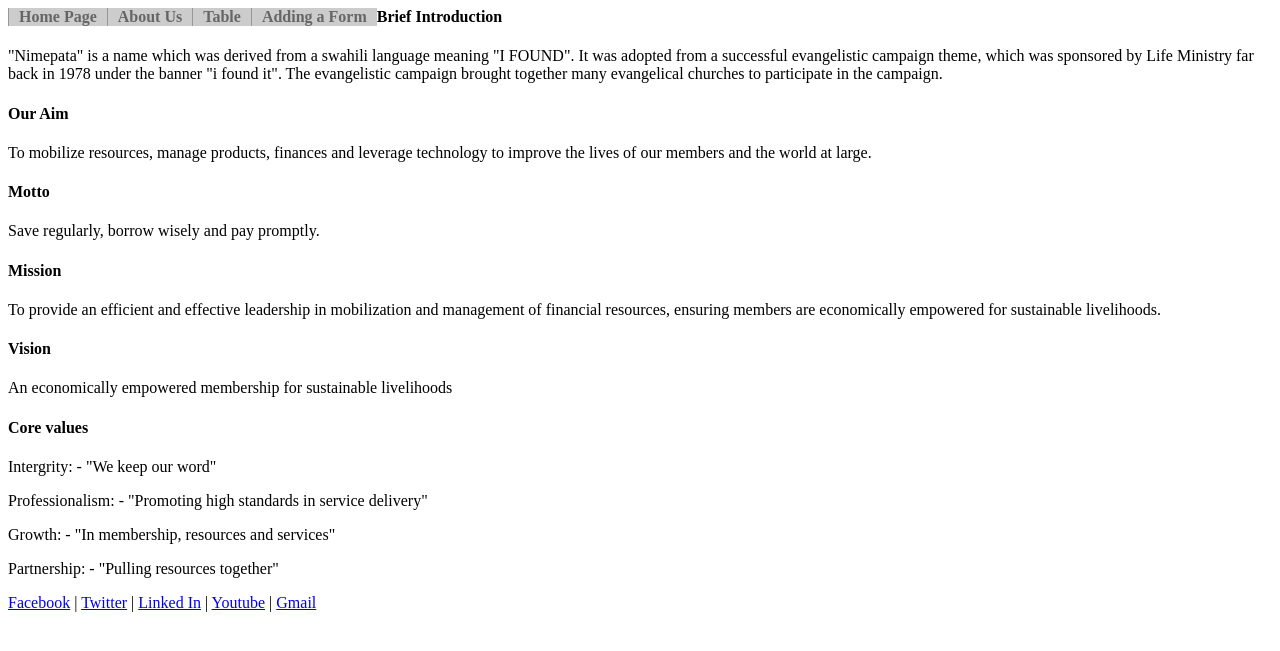
Repository: nellyk/Thephpsite
Page: http://localhost/
The author's editor kept a record of every edit. The page is drawn from the files as they stood at one moment, then again after the next edit.
The browser window is 1280 px wide. The pictures show the whole page.
The page is run by PHP 8.4 with error messages shown; the project is at /var/www/html/.

Above is the page before.

After the next edit:
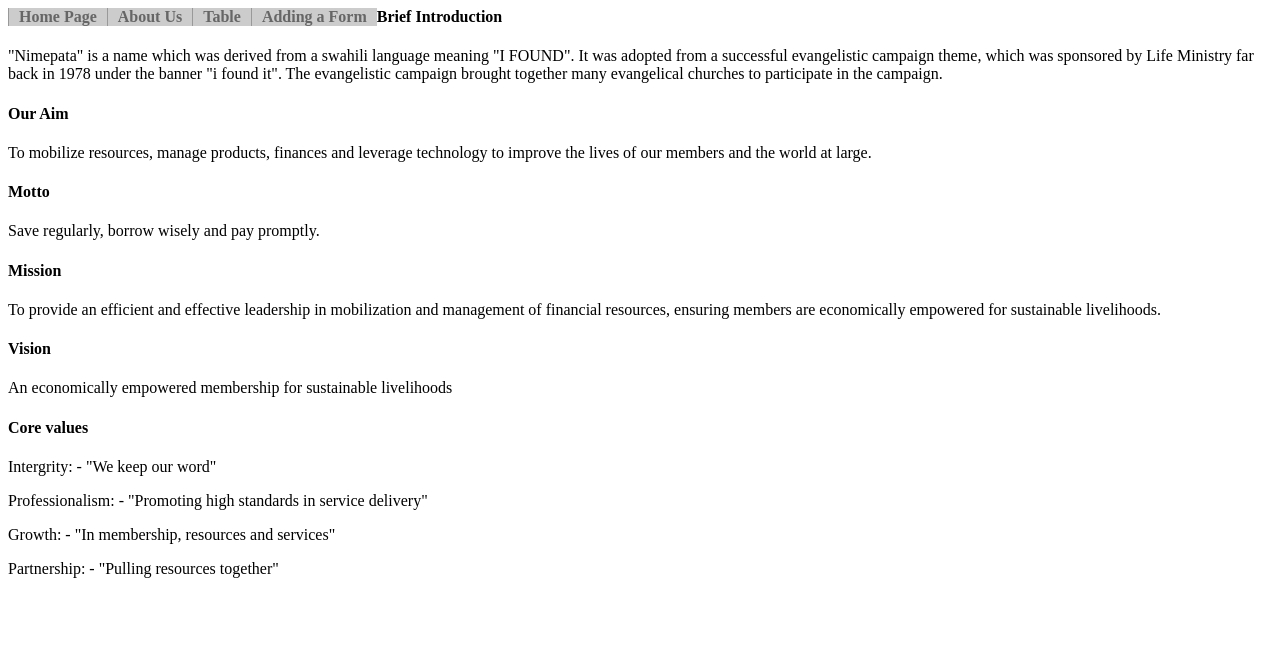
The edit:
--- a/index.php
+++ b/index.php
@@ -27,8 +27,6 @@
 <p>Professionalism: - &quot;Promoting high standards in service delivery&quot;</p>
 <p>Growth: - &quot;In membership, resources and services&quot;</p>
 <p>Partnership: - &quot;Pulling resources together&quot;</p>
-<div id="Footer"><a href="https://www.facebook.com/NimepataSacco?ref_type=bookmark" target="new">Facebook</a> | <a href="https://twitter.com/NimepataSacco" target="new">Twitter</a> | <a href="https://www.linkedin.com/nhome/?nuxComplete=true&amp;trk=nux-full-home" target="new">Linked In</a> | <a href="https://www.youtube.com/channel/UC7vWX2xQy3LTqLEZ0ktoAUQ/videos" target="new">Youtube</a> | <a href="https://plus.google.com/u/0/" target="new">Gmail</a></div>
-  </div>
-  <!-- end .container --></div>
+
 </body>
 </html>
